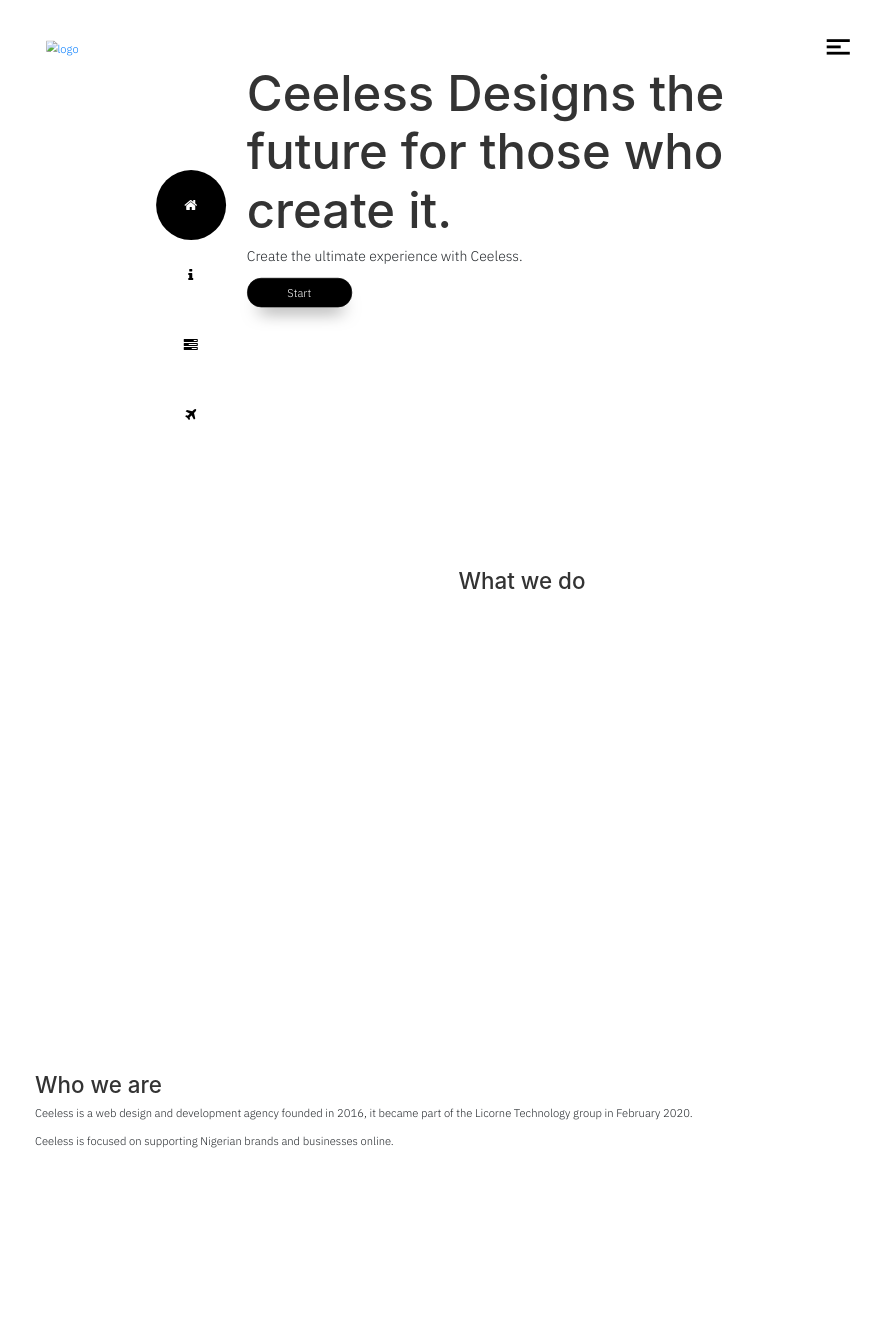
Repository: Licorne-Technologies/Ceeless-v2
Page: index.html
The author's editor kept a copy of each file at every save. The page is drawn from the files as they stood at one save, then again after the next save.
The browser window is 1280 px wide. The pictures show the part of the page from y = 0 to 1920 px (the page is 3037 px tall), at 70% of full size.
Some web libraries are served in a nearby version. The style sheet was rebuilt from its Sass, Less or Tailwind sources for each picture, by a compiler version that may differ from the author's.

Above is the page before, as saved 2020-06-15 12:52:19.

After the next save:
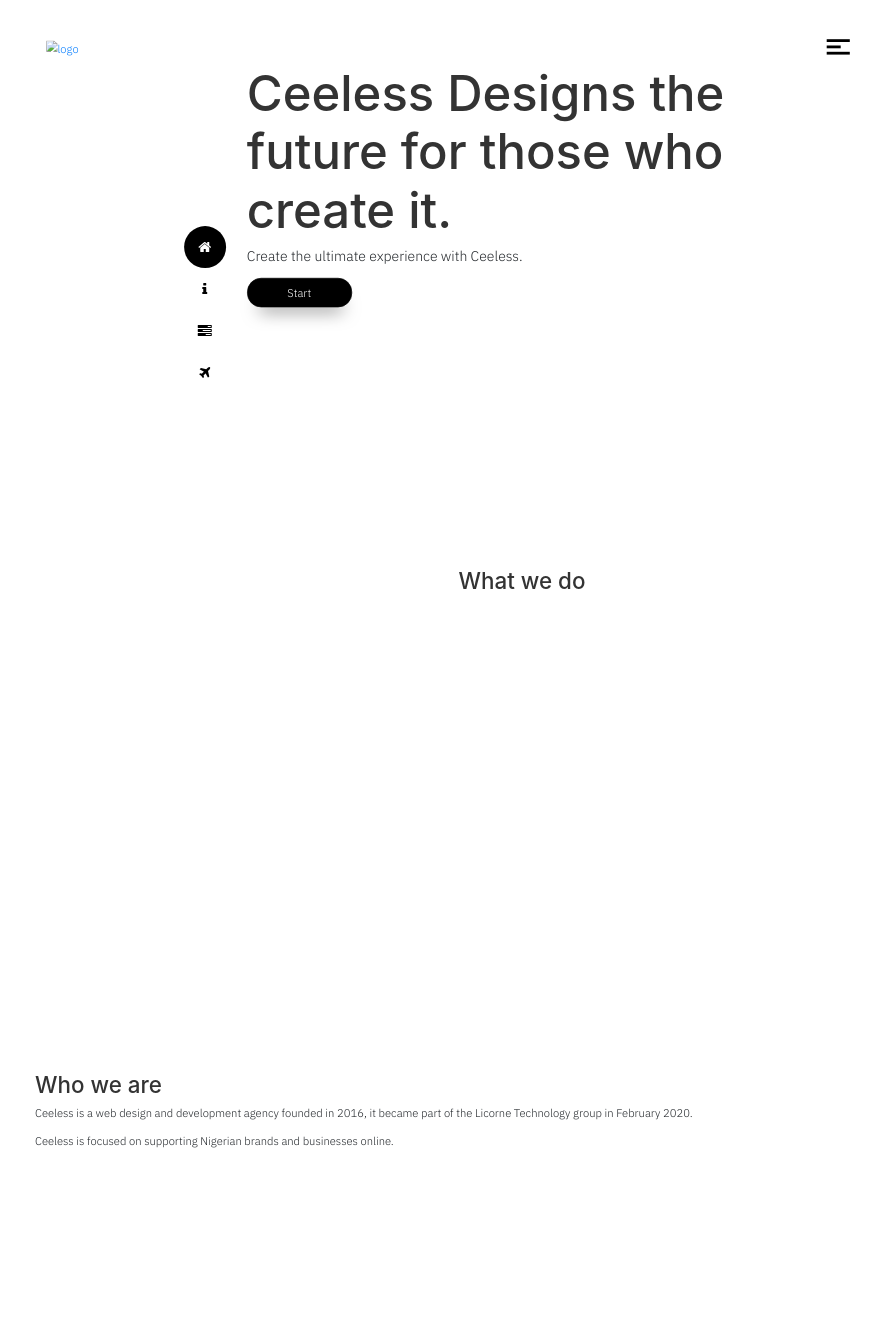
Saved 19 s later.
--- a/css/jumbotron.scss
+++ b/css/jumbotron.scss
@@ -20,6 +20,8 @@
                 background-color: $light;
                 color: $dark;
                 margin-right: 0px;
+                height: 60px;
+                width: 60px;
             }
         }
 
